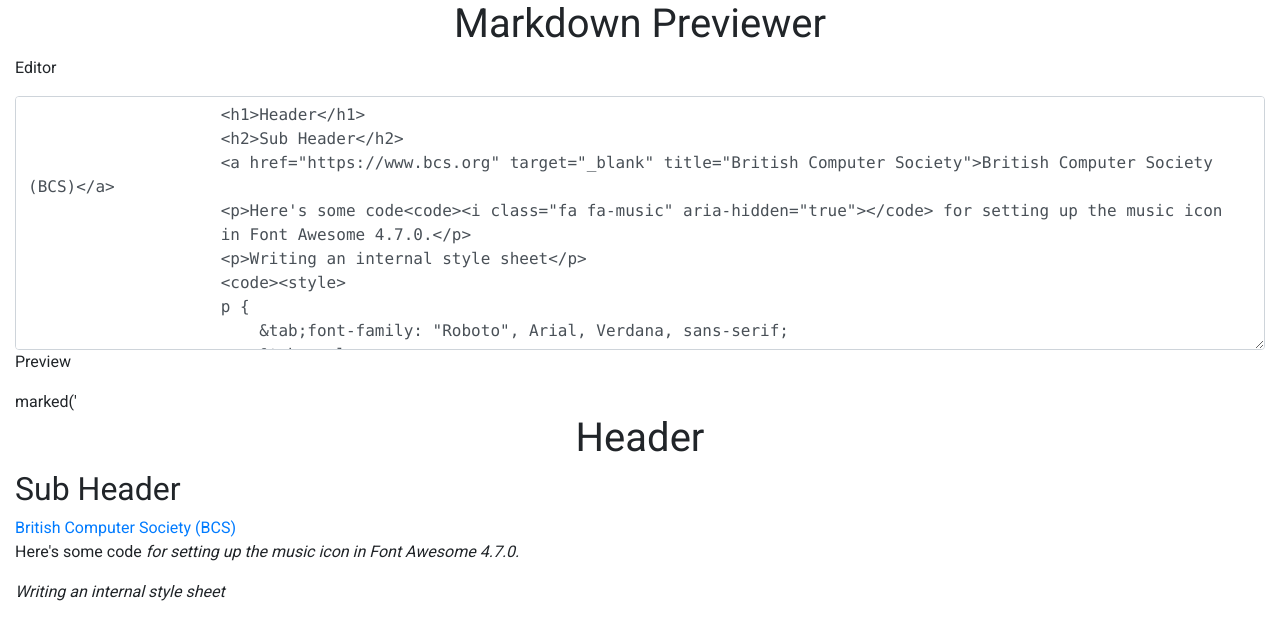
Repository: derektypist/markdown-previewer
Page: index.html
The author's editor kept a record of every edit. The page is drawn from the files as they stood at one moment, then again after the next edit.
The browser window is 1280 px wide. The pictures show the whole page.

Above is the page before.

After the next edit:
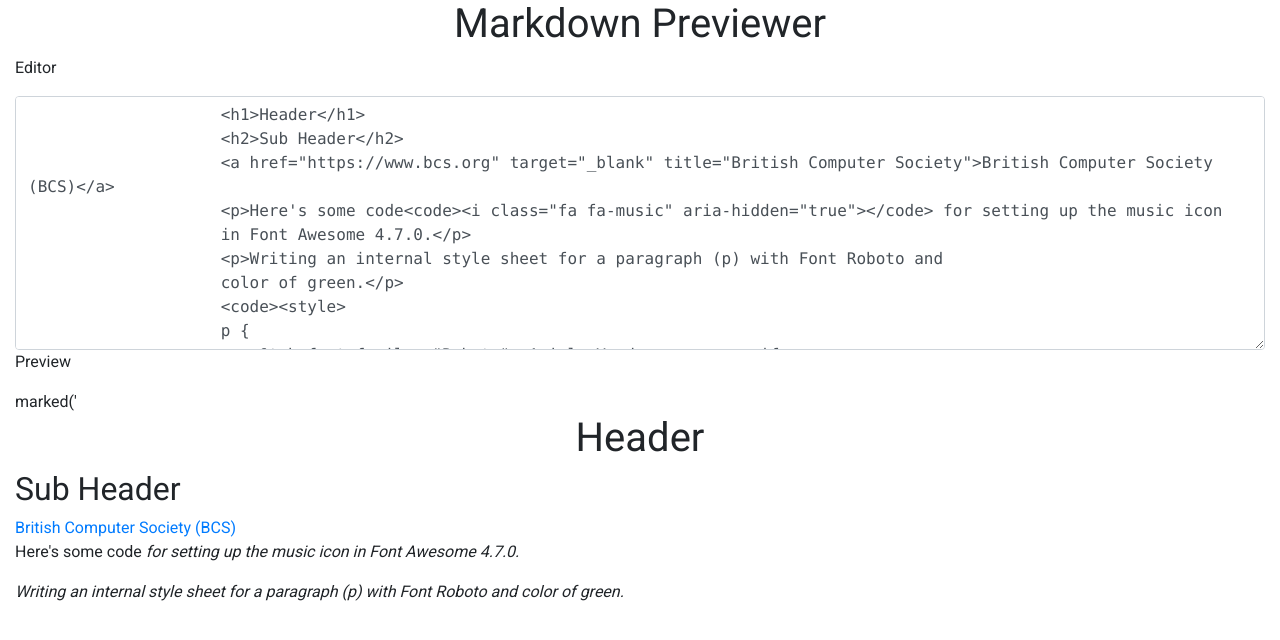
The edit:
--- a/index.html
+++ b/index.html
@@ -79,7 +79,8 @@
                     <a href="https://www.bcs.org" target="_blank" title="British Computer Society">British Computer Society (BCS)</a>
                     <p>Here's some code<code>&lt;i class=&quot;fa fa-music&quot; aria-hidden=&quot;true&quot;&gt;</code> for setting up the music icon
                     in Font Awesome 4.7.0.</p>
-                    <p>Writing an internal style sheet</p>
+                    <p>Writing an internal style sheet for a paragraph (p) with Font Roboto and
+                    color of green.</p>
                     <code>&lt;style&gt;
                     p {
                         &tab;font-family: &quot;Roboto&quot;, Arial, Verdana, sans-serif&semi;
